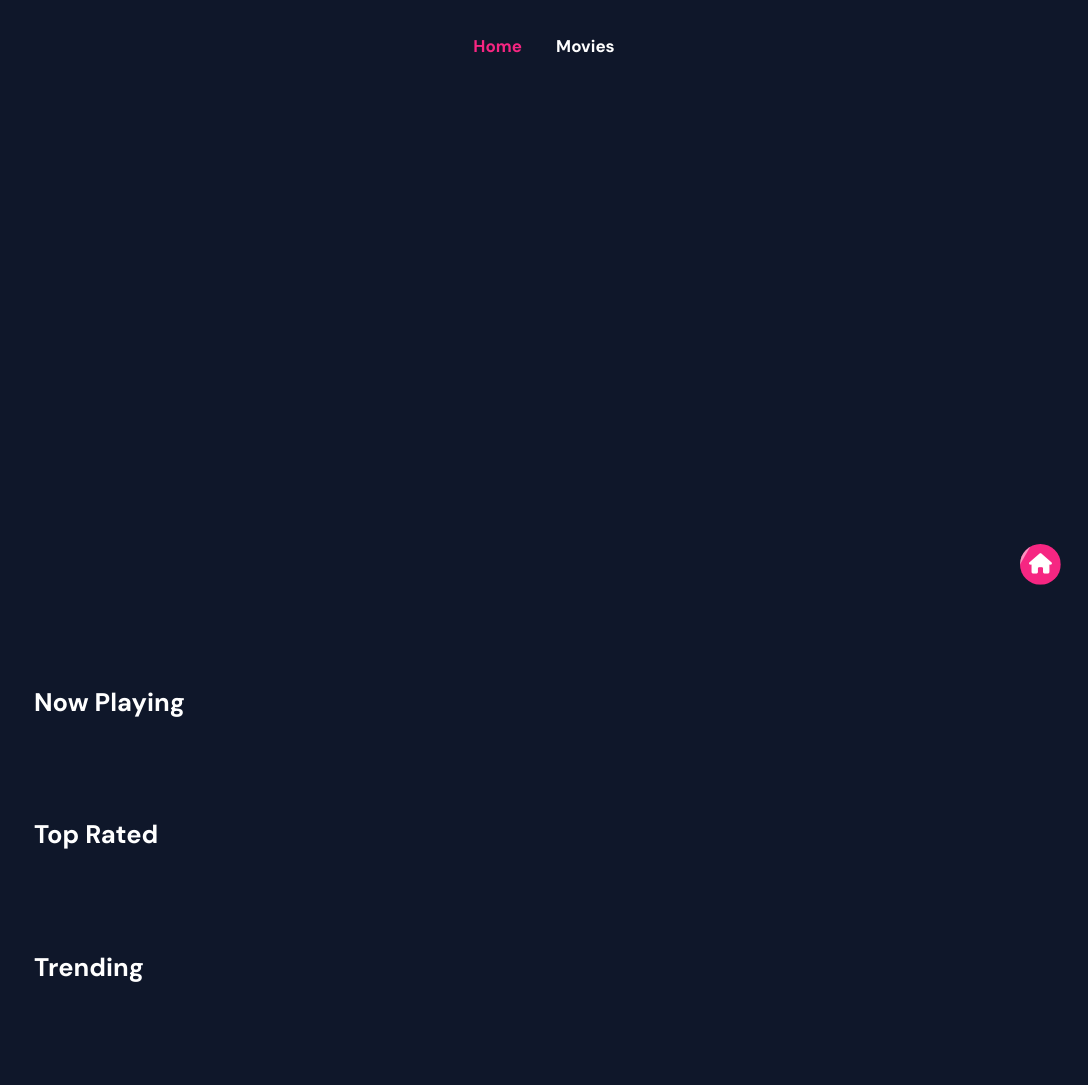
Repository: Linhyum/react-simple-movie
Page: /
The author's editor kept a copy of each file at every save. The page is drawn from the files as they stood at one save, then again after a run of saves.
The browser window is 1280 px wide. The pictures show the whole page, at 85% of full size.
The page's requests for data from a server got no answer. The project was rebuilt for these pictures with package versions that can differ from the ones it lists, and the page was loaded fresh each time. No one was signed in, and anything a server would have sent is missing. Also part of the build but not shown: src/components/button/Button.js, src/components/movie/MovieCard.js.

Above is the page before, as saved 2023-04-02 19:23:45.

### public/index.html
<!DOCTYPE html>
<html lang="en">
    <head>
        <meta charset="utf-8" />
        <link rel="icon" href="%PUBLIC_URL%/favicon.ico" />
        <meta name="viewport" content="width=device-width, initial-scale=1" />
        <meta name="theme-color" content="#000000" />
        <meta name="description" content="Web site created using create-react-app" />
        <link rel="apple-touch-icon" href="%PUBLIC_URL%/logo192.png" />
        <!--
      manifest.json provides metadata used when your web app is installed on a
      user's mobile device or desktop. See https://developers.google.com/web/fundamentals/web-app-manifest/
    -->
        <link rel="manifest" href="%PUBLIC_URL%/manifest.json" />
        <link
            rel="stylesheet"
            href="https://cdnjs.cloudflare.com/ajax/libs/font-awesome/6.4.0/css/all.min.css"
            integrity="sha512-iecdLmaskl7CVkqkXNQ/ZH/XLlvWZOJyj7Yy7tcenmpD1ypASozpmT/E0iPtmFIB46ZmdtAc9eNBvH0H/ZpiBw=="
            crossorigin="anonymous"
            referrerpolicy="no-referrer"
        />
        <!--
      Notice the use of %PUBLIC_URL% in the tags above.
      It will be replaced with the URL of the `public` folder during the build.
      Only files inside the `public` folder can be referenced from the HTML.

      Unlike "/favicon.ico" or "favicon.ico", "%PUBLIC_URL%/favicon.ico" will
      work correctly both with client-side routing and a non-root public URL.
      Learn how to configure a non-root public URL by running `npm run build`.
    -->
        <title>React App</title>
    </head>
    <body>
        <noscript>You need to enable JavaScript to run this app.</noscript>
        <div id="root"></div>
        <!--
      This HTML file is a template.
      If you open it directly in the browser, you will see an empty page.

      You can add webfonts, meta tags, or analytics to this file.
      The build step will place the bundled scripts into the <body> tag.

      To begin the development, run `npm start` or `yarn start`.
      To create a production bundle, use `npm run build` or `yarn build`.
    --></body>
</html>

### src/index.js
import React from "react";
import ReactDOM from "react-dom/client";
import "./index.scss";
import App from "./App";
import reportWebVitals from "./reportWebVitals";
import { BrowserRouter } from "react-router-dom";

const root = ReactDOM.createRoot(document.getElementById("root"));
root.render(
    <React.StrictMode>
        <BrowserRouter>
            <App />
        </BrowserRouter>
    </React.StrictMode>
);

// If you want to start measuring performance in your app, pass a function
// to log results (for example: reportWebVitals(console.log))
// or send to an analytics endpoint. Learn more: https://bit.ly/CRA-vitals
reportWebVitals();

### src/index.scss
@tailwind base;
@tailwind components;
@tailwind utilities;
@import url("https://fonts.googleapis.com/css2?family=DM+Sans:wght@400;500;700&display=swap");

@layer base {
    body {
        @apply bg-slate-900 font-body px-5 text-white;
    }

    .pagination {
        display: flex;
        align-items: center;
        justify-content: center;
        column-gap: 30px;
        font-size: 22px;
        font-weight: 500;
    }

    .pagination .active {
        @apply text-primary;
    }

    @media (max-width: 639px) {
        .moive-page {
            @apply grid-cols-1;
        }
    }

    :root {
        --swiper-theme-color: #f62682 !important;
        --swiper-pagination-bullet-inactive-color: #aaa !important;
        --swiper-pagination-bullet-inactive-opacity: 1;
    }
    .swiper-button-prev,
    .swiper-button-next {
        position: absolute !important;
        top: 50% !important;
        width: 60px !important;
        height: 60px !important;
        margin-top: -12.5px !important;
        z-index: 10 !important;
        cursor: pointer !important;
        border-radius: 50% !important;
        background: rgb(204, 204, 204, 0.7) !important;
        transition: all 0.3s ease !important;
        display: flex;
        justify-content: center !important;
        align-items: center !important;
        font-weight: 700 !important;
    }

    .swiper-button-prev {
        left: 0;
    }

    .swiper-button-next {
        right: 0;
    }

    .swiper-button-prev:hover,
    .swiper-button-next:hover {
        background: rgb(204, 204, 204) !important;
    }
    .movie-list .swiper-pagination {
        display: none;
    }

    @media (max-width: 1023px) {
        .banner .swiper-pagination {
            display: none !important;
        }
    }

    /* Tạo thanh cuộn */
    body::-webkit-scrollbar {
        width: 10px;
    }

    /* Tạo màu nền cho thanh cuộn */
    body::-webkit-scrollbar-track {
        background-color: #eee;
    }

    /* Tạo màu cho thanh cuộn */
    body::-webkit-scrollbar-thumb {
        background-color: #f62682;
        border-radius: 5px;
    }
    button {
        position: relative;
        overflow: hidden;
        transition: all 0.3s ease-in-out;
    }

    button:before {
        content: "";
        position: absolute;
        top: 0;
        left: -100%;
        width: 100%;
        height: 100%;
        background-color: rgba(255, 255, 255, 0.5);
        transform: skewX(-30deg);
        transition: all 0.3s ease-in-out;
    }

    button:hover:before {
        left: 0;
    }

    button:hover {
        @apply bg-blue-600;
    }
    button:hover div {
        @apply text-blue-600;
    }
    button div {
        transition: all 0.3s ease-in-out;
    }
}

@layer components {
    .page-container {
        max-width: 1200px;
        @apply mx-auto;
    }
    .movie-list .swiper-slide {
        width: 270px;
    }
    .banner .swiper {
        height: 100%;
    }
    .trailer iframe {
        width: 100%;
        height: 100%;
    }
}

### src/App.js
import { Route, Routes } from "react-router-dom";
import Main from "./components/layout/Main";
// import HomePage from "./pages/HomePage";
// import MovieDetailsPage from "./pages/MovieDetailsPage";
// import MoviePage from "./pages/MoviePage";
import { lazy, Suspense } from "react";

const HomePage = lazy(() => import("./pages/HomePage"));
const MoviePage = lazy(() => import("./pages/MoviePage"));
const MovieDetailsPage = lazy(() => import("./pages/MovieDetailsPage"));

function App() {
    return (
        <Suspense fallback={<></>}>
            <Routes>
                <Route element={<Main></Main>}>
                    <Route path="/" element={<HomePage></HomePage>}></Route>
                    <Route path="/movies" element={<MoviePage></MoviePage>}></Route>
                    <Route
                        path="/movies/:slug"
                        element={<MovieDetailsPage></MovieDetailsPage>}
                    ></Route>
                </Route>
            </Routes>
        </Suspense>
    );
}

export default App;

### src/components/layout/Main.js
import React from "react";
import Header from "./Header";
import { Outlet } from "react-router-dom";
const Main = () => {
    return (
        <>
            <Header></Header>
            <Outlet></Outlet>
        </>
    );
};

export default Main;

### src/pages/HomePage.js
import React from "react";
import Banner from "../components/banner/Banner";
import MovieList from "../components/movie/MovieList";

const HomePage = () => {
    return (
        <>
            <Banner></Banner>
            <section className="movies-layout page-container pb-20">
                <h2 className="capitalize  mb-10 text-3xl font-bold">Now playing</h2>
                <MovieList type={"now_playing"}></MovieList>
            </section>

            <section className="movies-layout page-container pb-20">
                <h2 className="capitalize  mb-10 text-3xl font-bold">Top Rated</h2>
                <MovieList type={"top_rated"}></MovieList>
            </section>

            <section className="movies-layout page-container pb-20">
                <h2 className="capitalize  mb-10 text-3xl font-bold">Trending</h2>
                <MovieList type={"popular"}></MovieList>
            </section>
        </>
    );
};

export default HomePage;

### src/components/layout/Header.js
import React, { useState } from "react";
import { NavLink } from "react-router-dom";

const Header = () => {
    const [dark, setDark] = useState(true);
    const active = ({ isActive }) => isActive && "text-primary";
    const handleClick = () => {
        window.scrollTo({ top: 0, behavior: "smooth" });
    };
    return (
        <>
            <header className="header text-xl font-semibold flex items-center justify-center gap-x-10  py-10 mb-5">
                <NavLink to={"/"} className={active}>
                    Home
                </NavLink>
                <NavLink to={"/movies"} className={active}>
                    Movies
                </NavLink>
            </header>
            <button
                className="fixed z-50 bottom-8 right-8  w-12 h-12 rounded-full bg-primary text-2xl"
                onClick={handleClick}
            >
                <i class="fa-solid fa-house"></i>
            </button>
            <div className=""></div>
        </>
    );
};

export default Header;

### src/components/banner/Banner.js
import React from "react";
import useSWR from "swr";
import { SwiperSlide, Swiper } from "swiper/react";
import "swiper/scss";
import { fetcher, getImg, getMovieList } from "../../config";
import { useNavigate } from "react-router-dom";
import SwiperCore, { Navigation, Pagination, Autoplay } from "swiper";
import "swiper/swiper-bundle.css";
SwiperCore.use([Navigation, Pagination, Autoplay]);
const Banner = () => {
    const { data } = useSWR(getMovieList("upcoming"), fetcher);
    const banners = data?.results || [];
    return (
        <section className="banner h-[600px] page-container mb-20 ">
            <Swiper
                navigation={{ prevEl: ".swiper-button-prev", nextEl: ".swiper-button-next" }}
                autoplay={{ delay: 5000, disableOnInteraction: false }}
                pagination={{ clickable: true }}
                slidesPerView={1}
            >
                {banners.length > 0 &&
                    banners.map((item) => (
                        <SwiperSlide key={item.id}>
                            <BannerItem info={item}></BannerItem>
                        </SwiperSlide>
                    ))}
                <div className="swiper-button-prev"></div>
                <div className="swiper-button-next"></div>
            </Swiper>
        </section>
    );
};

const BannerItem = ({ info }) => {
    const navigate = useNavigate();
    return (
        <div className="w-full h-full rounded-lg relative text-white">
            <div className="overlay absolute inset-0 bg-gradient-to-t from-[rgba(0,0,0,0.7)] to-[rgba(0,0,0,0.2)] rounded-lg"></div>
            <img
                src={getImg(info.poster_path)}
                alt=""
                className="w-full h-full object-cover rounded-lg"
            />
            <div className="absolute left-5 bottom-5 w-full ">
                <h2 className="font-bold text-3xl mb-5">{info.title}</h2>
                <div className="flex items-center gap-x-3 mb-8">
                    <span className="cursor-pointer py-2 px-4 border border-white rounded-md">
                        Adventure
                    </span>
                    <span className="cursor-pointer py-2 px-4 border border-white rounded-md">
                        Adventure
                    </span>
                    <span className="cursor-pointer py-2 px-4 border border-white rounded-md">
                        Adventure
                    </span>
                </div>
                <button
                    onClick={() => navigate(`/movies/${info.id}`)}
                    className="py-3 flex items-center justify-center gap-x-3 px-6 rounded-lg bg-primary text-xl  font-bold"
                >
                    <span>Watch Now</span>
                    <div className="w-10 h-10 rounded-full bg-white text-primary flex items-center justify-center">
                        <i class="fa-solid fa-play"></i>
                    </div>
                </button>
            </div>
        </div>
    );
};

export default Banner;

### src/components/movie/MovieList.js
import React from "react";
import { SwiperSlide, Swiper } from "swiper/react";
import "swiper/scss";
import useSWR from "swr";
import { fetcher, getMovieList } from "../../config";
import MovieCard from "./MovieCard";
import SwiperCore, { Navigation, Pagination, Autoplay } from "swiper";
import "swiper/swiper-bundle.css";
SwiperCore.use([Navigation, Pagination, Autoplay]);
//https://api.themoviedb.org/3/movie/now_playing?api_key=<<api_key>>
//https://api.themoviedb.org/3/movie/popular?api_key=<<api_key>>
//https://api.themoviedb.org/3/movie/top_rated?api_key=<<api_key>>
let slidesPerView = 0;
const MovieList = ({ type }) => {
    const { data } = useSWR(getMovieList(type), fetcher);
    const movies = data?.results || [];
    return (
        <div className="movie-list">
            <Swiper
                navigation={{ prevEl: ".swiper-button-prev", nextEl: ".swiper-button-next" }}
                spaceBetween={30}
                slidesPerView={slidesPerView}
                grabCursor={true}
                breakpoints={{
                    0: {
                        slidesPerView: 1,
                        spaceBetween: 0,
                    },
                    640: {
                        slidesPerView: 2,
                        spaceBetween: 20,
                    },
                    768: {
                        slidesPerView: 3,
                        spaceBetween: 20,
                    },
                    1024: {
                        slidesPerView: 4,
                        spaceBetween: 30,
                    },
                    1280: {
                        slidesPerView: 4,
                        spaceBetween: 30,
                    },
                    1536: {
                        slidesPerView: 5,
                        spaceBetween: 40,
                    },
                }}
            >
                {movies.length > 0 &&
                    movies.map((item) => (
                        <SwiperSlide key={item.id}>
                            <MovieCard info={item}></MovieCard>
                        </SwiperSlide>
                    ))}
                <div className="swiper-button-prev"></div>
                <div className="swiper-button-next"></div>
            </Swiper>
        </div>
    );
};

export default MovieList;

### src/config.js
const fetcher = (...args) => fetch(...args).then((res) => res.json());
const getMovieList = (type1 = "", type2 = "", type3 = "") =>
    `https://api.themoviedb.org/3${type3}/movie/${type1}${type2}?api_key=9e4dcf244e30611641c2a44c752a2353`;
const getImg = (type) => `https://image.tmdb.org/t/p/original${type}`;
export { fetcher, getMovieList, getImg };

### tailwind.config.js
/** @type {import('tailwindcss').Config} */
module.exports = {
    content: ["./src/**/*.{js,jsx,ts,tsx}"],
    theme: {
        extend: {
            fontFamily: {
                body: ["DM Sans", "sans-serif"],
            },
            colors: {
                primary: "#f62682",
            },
        },
    },
    plugins: [],
};

Loaded but not shown: src/reportWebVitals.js (common file)

After the next 2 saves:
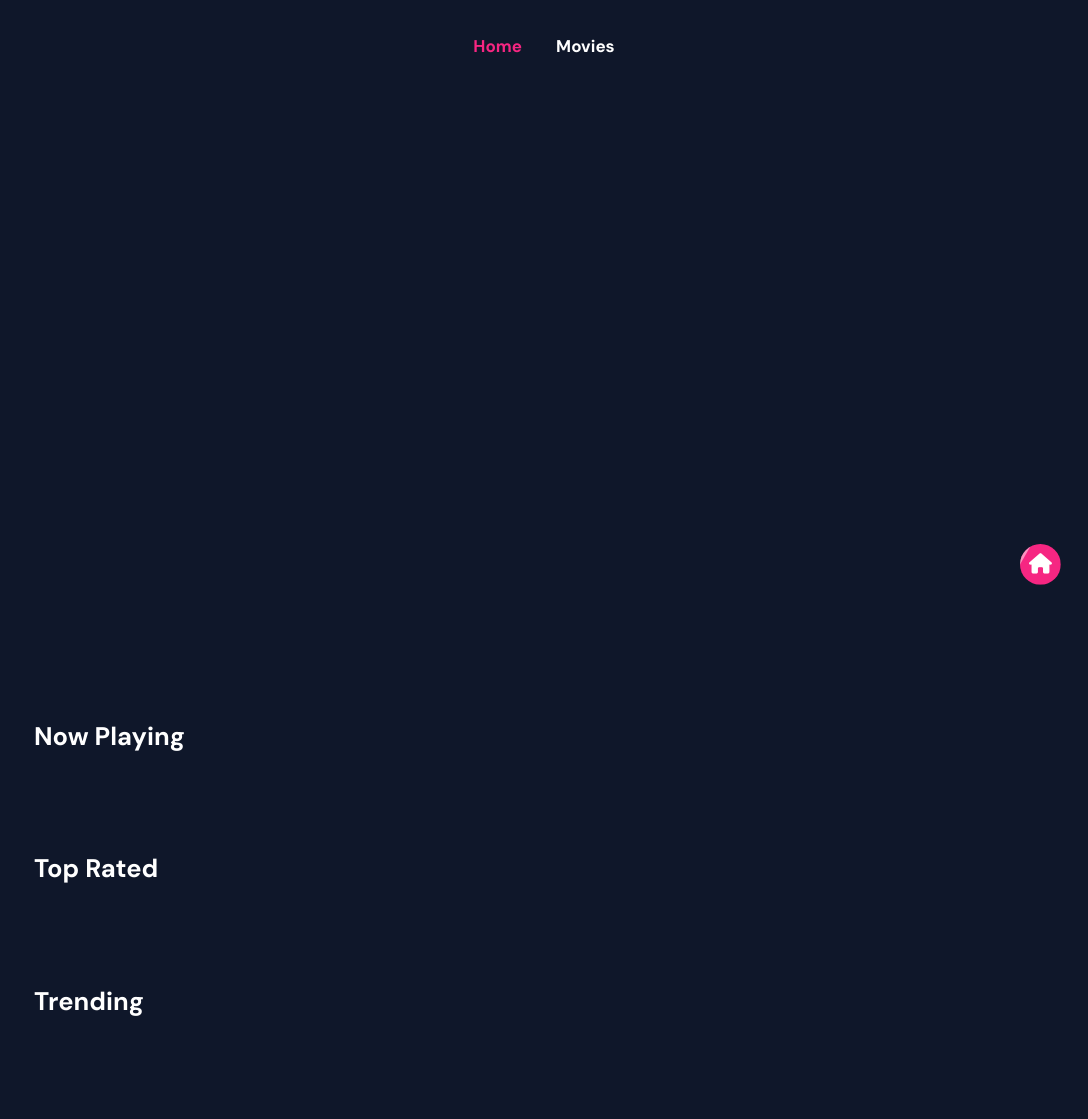
The 2 saves are shown as one change because they came seconds apart.
The last was saved 64 s later.
--- a/src/components/layout/Header.js
+++ b/src/components/layout/Header.js
@@ -23,7 +23,7 @@ const Header = () => {
             >
                 <i class="fa-solid fa-house"></i>
             </button>
-            <div className=""></div>
+            <div className="relative w-16 h-10 rounded-full"></div>
         </>
     );
 };
